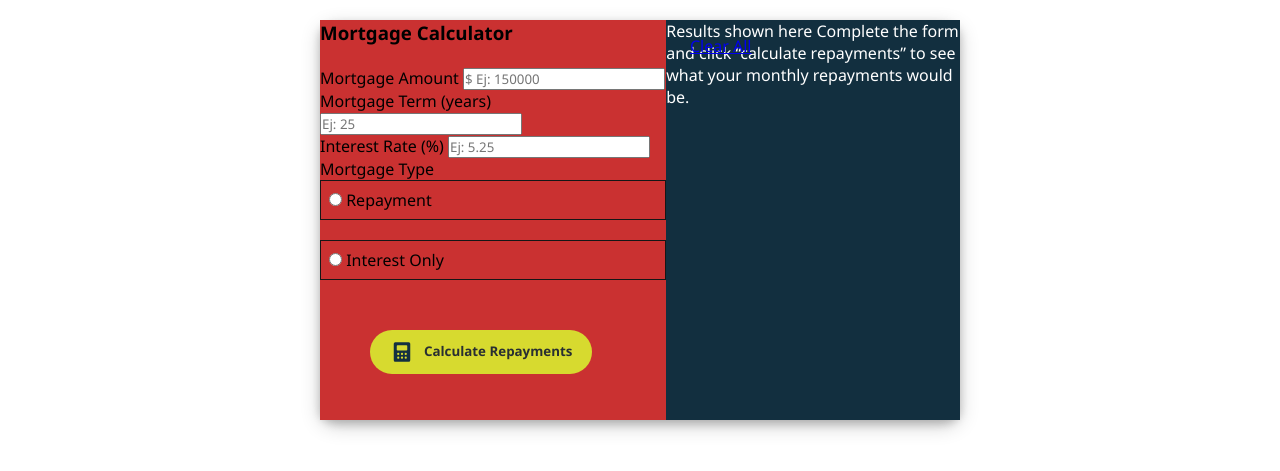
Repository: GravielPV/Mortgage-repayment-calculator
Page: index.html
The author's editor kept a copy of each file at every save. The page is drawn from the files as they stood at one save, then again after the next save.
The browser window is 1280 px wide. The pictures show the whole page.

Above is the page before, as saved 2025-12-11 17:22:48.

### index.html
<!DOCTYPE html>
<html lang="en">
<head>
  <meta charset="UTF-8">
  <meta name="viewport" content="width=device-width, initial-scale=1.0"> <!-- displays site properly based on user's device -->

  <link rel="icon" type="image/png" sizes="32x32" href="./assets/images/favicon-32x32.png">
  <link rel="stylesheet" href="styles.css">
  <title>Frontend Mentor | Mortgage repayment calculator</title>


</head>
<body>
  <div class="carta">



  <div class="lado-izquierdo">

    <div class="header-form">
      <h3>Mortgage Calculator</h3>
      <a href="#" id="clear-all">Clear All</a>
    </div>

    <form id="mortgage-form">

      <!-- Mortgage Amount -->
      <div class="campo">
        <label for="input-mortgage">Mortgage Amount</label>
        <input
          type="number"
          id="input-mortgage"
          name="mortgage"
          placeholder="$ Ej: 150000">
      </div>

      <!-- Mortgage Term & Interest Rate -->
      <div class="grupo-doble">
        <div class="campo">
          <label for="input-term">Mortgage Term (years)</label>
          <input
            type="number"
            id="input-term"
            name="term"
            placeholder="Ej: 25">
        </div>

        <div class="campo">
          <label for="input-interest">Interest Rate (%)</label>
          <input
            type="number"
            step="0.01"
            id="input-interest"
            name="interest"
            placeholder="Ej: 5.25">
        </div>
      </div>

      <!-- Mortgage Type -->
      <div class="campo">
        <label>Mortgage Type</label>

        <div class="radios">
          <label class="radio arriba">
            <input type="radio" name="mortgage-type" value="repayment">
            Repayment
          </label>

          <label class="radio abajo">
            <input type="radio" name="mortgage-type" value="interest-only">
            Interest Only
          </label>
        </div>
      </div>

      <!-- Botón -->
      <div class="boton">

        <button type="submit" > <img src="assets/images/icon-calculator.svg" alt="calculadora icon">Calculate Repayments</button>
      </div>

    </form>

  </div>




  <!-- Empty results start -->

  <div class="lado derecho">

  Results shown here

  Complete the form and click “calculate repayments” to see what
  your monthly repayments would be.
  </div>

  <!-- Empty results end -->

  <!-- Completed results start -->

  <div class="resultado">
  Your results

  Your results are shown below based on the information you provided.
  To adjust the results, edit the form and click “calculate repayments” again.

  Your monthly repayments

  Total you'll repay over the term
  </div>

</div>

<!-- Completed results end -->

</body>
</html>

### styles.css
* {
    box-sizing: border-box;
    margin: 0;
    padding: 0;
    font-family: 'Segoe UI', Tahoma, Geneva, Verdana, sans-serif;
}
body{
    background-color: hsl(0, 0%, 100%);
}


.carta{
    width: 50%;
    height: 400px;
display: flex;
margin: 20px auto;
border-radius: 3%;
 overflow: visible;
 justify-content: space-between;
box-shadow: 0 4px 8px 0 rgba(0, 0, 0, 0.2), 0 6px 20px 0 rgba(0, 0, 0, 0.19);

}

.lado{
     width: 50%;
    display: flex;
    flex-direction: column;
}

.lado-izquierdo{
    background-color: rgb(202, 49, 49);
}

.derecho{

    background-color: hsl(202, 55%, 16%);
    color: white;
}

.resultado{
    display: none;
}

a{
   position: relative;
    top: -10px;
    left: 370px;

    }

    button{
        position: relative;
        top: 50px;
        left: 50px;
        padding: 10px 20px;
        background-color: hsl(61, 70%, 52%);
        border: none;
        color: hsl(200, 10%, 18%);
        border-radius: 25px;
        cursor: pointer;
        font-weight: bold;
    }

    button img{
        margin-right: 10px;
        vertical-align: middle;
    }

    .radio{
        display: block;
        border: 1px solid rgb(22, 22, 22);
        padding: 8px;
    }
    .arriba{
        margin-bottom: 20px;
        border: 1px solid rgb(22, 22, 22);
    }
    .abajo{
        margin-top: 20px;
        border: 1px solid rgb(22, 22, 22);
    }

After the next save:
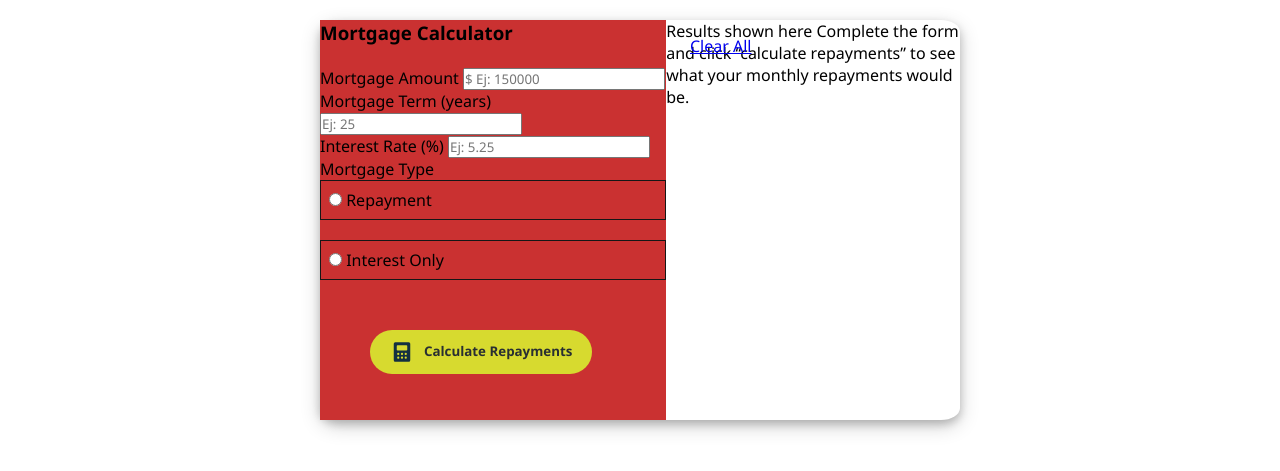
Saved 10 s later.
--- a/styles.css
+++ b/styles.css
@@ -31,8 +31,7 @@ box-shadow: 0 4px 8px 0 rgba(0, 0, 0, 0.2), 0 6px 20px 0 rgba(0, 0, 0, 0.19);
     background-color: rgb(202, 49, 49);
 }
 
-.derecho{
-
+.lado-derecho{
     background-color: hsl(202, 55%, 16%);
     color: white;
 }

After the save that followed:
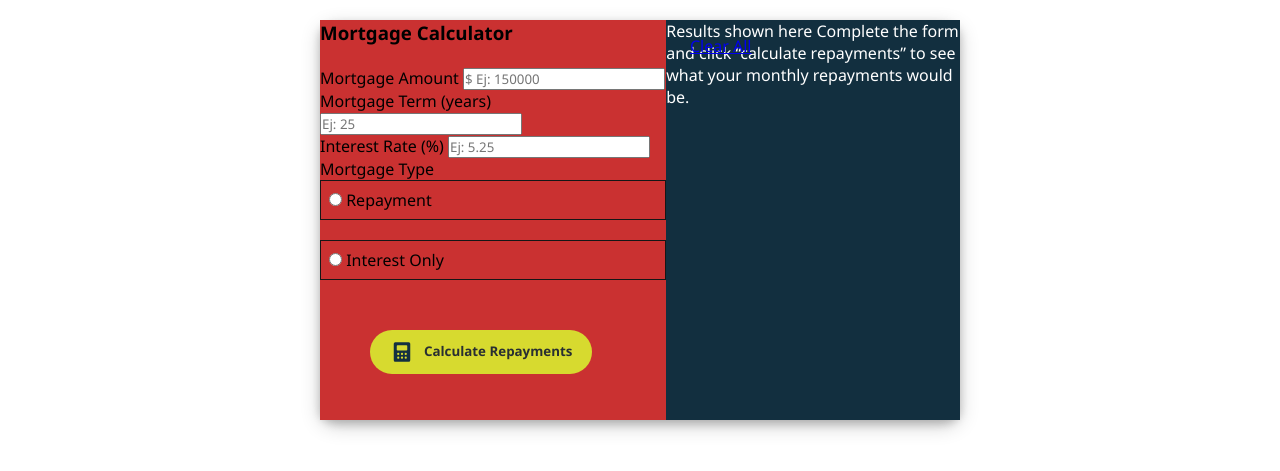
Saved 8 s later.
--- a/styles.css
+++ b/styles.css
@@ -31,7 +31,8 @@ box-shadow: 0 4px 8px 0 rgba(0, 0, 0, 0.2), 0 6px 20px 0 rgba(0, 0, 0, 0.19);
     background-color: rgb(202, 49, 49);
 }
 
-.lado-derecho{
+.derecho{
+
     background-color: hsl(202, 55%, 16%);
     color: white;
 }
